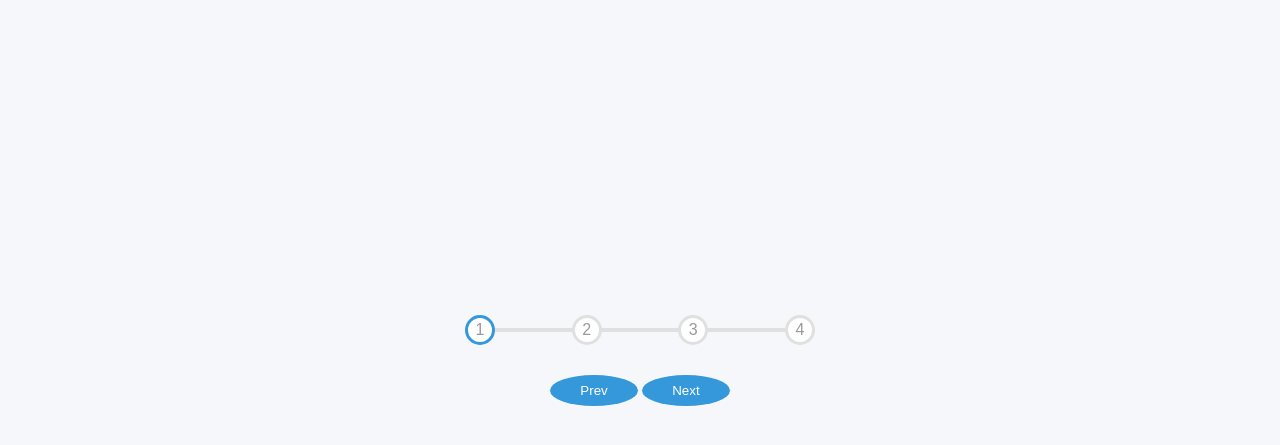
Repository: cyborgEneki/50Projects50Days
Page: progress_steps/index.html
An editor plug-in stored every save of this project. The page is shown before and after the next save, followed by the edit.
The browser window is 1280 px wide. The pictures show the whole page.
Some web fonts or font styles are not loaded; a fallback is used.

Above is the page before, as saved 2021-01-02 15:25:12.

After the next save:
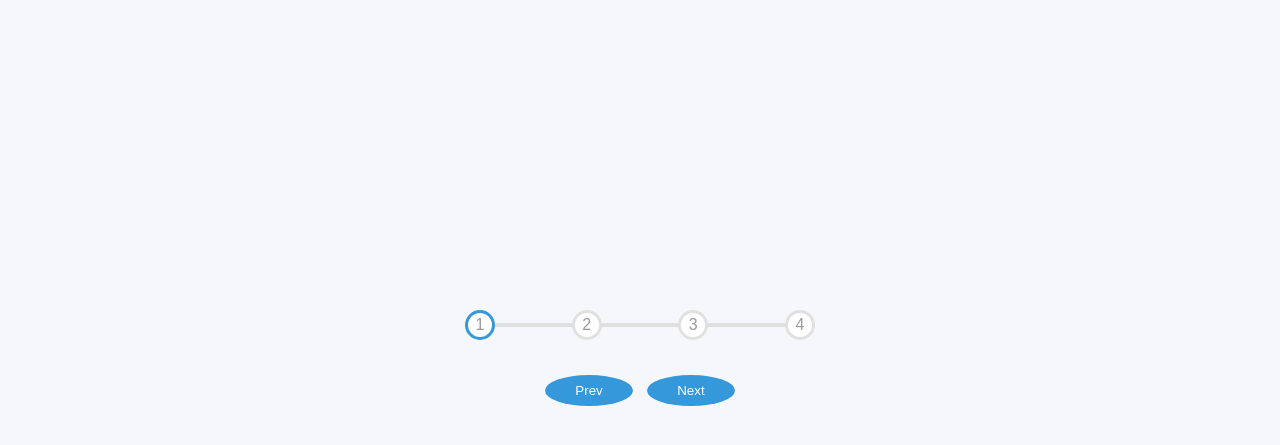
Saved 10 s later.
--- a/progress_steps/style.css
+++ b/progress_steps/style.css
@@ -81,5 +81,6 @@ body {
     border-radius: 50%;
     cursor: pointer;
     font-family: inherit;
-    padding: 8px 30px
+    padding: 8px 30px;
+    margin: 5px;
 }
